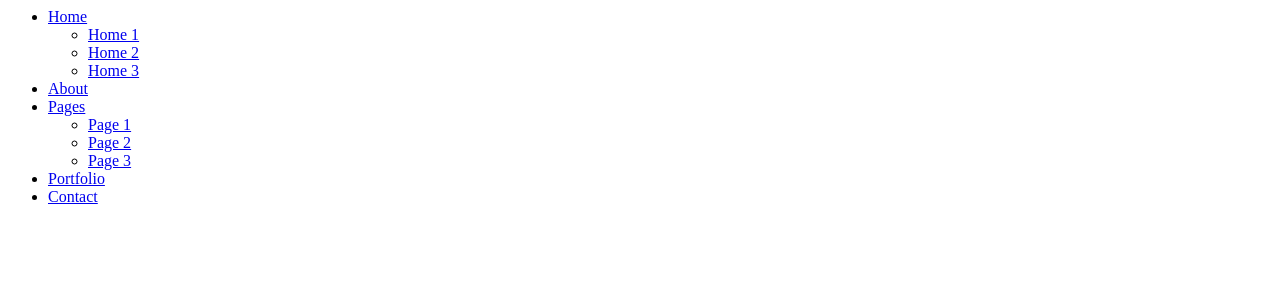
Repository: ralitzar/SringMVC1
Page: http://localhost/layout/sidebar
These files come from the project's save history. The page is drawn as it stood at one moment and after the next save; the edit follows.
The browser window is 1280 px wide. The pictures show the whole page.
The page is this project's Thymeleaf template; nobody is signed in. The template is opened directly, without the code that normally fills it, so the values that code supplies are empty.

Above is the page before, as saved 2019-05-09 04:17:42.

After the next save:
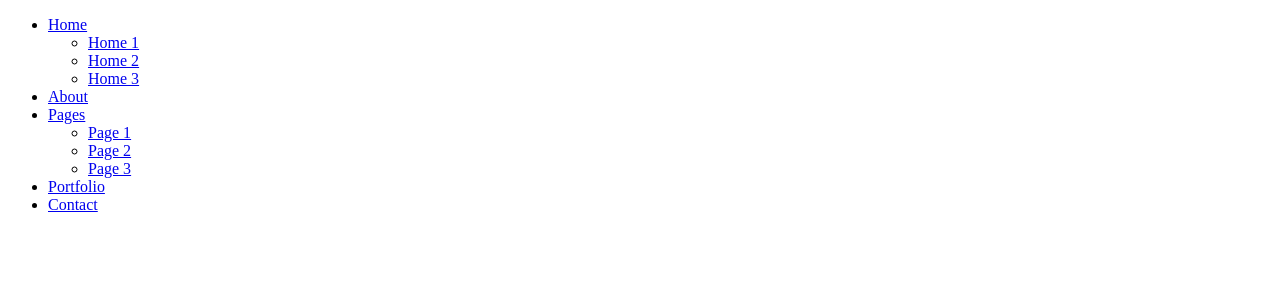
Saved 89 s later.
--- a/template/src/main/resources/templates/layout/sidebar.html
+++ b/template/src/main/resources/templates/layout/sidebar.html
@@ -1,3 +1,7 @@
+<!DOCTYPE html>
+<html lang="bg" xmlns="http://www.w3.org/1999/xhtml"
+	xmlns:th="http://www.thymeleaf.org">
+
 <div class="wrapper">
     <!-- Sidebar -->
     <nav id="sidebar1">
